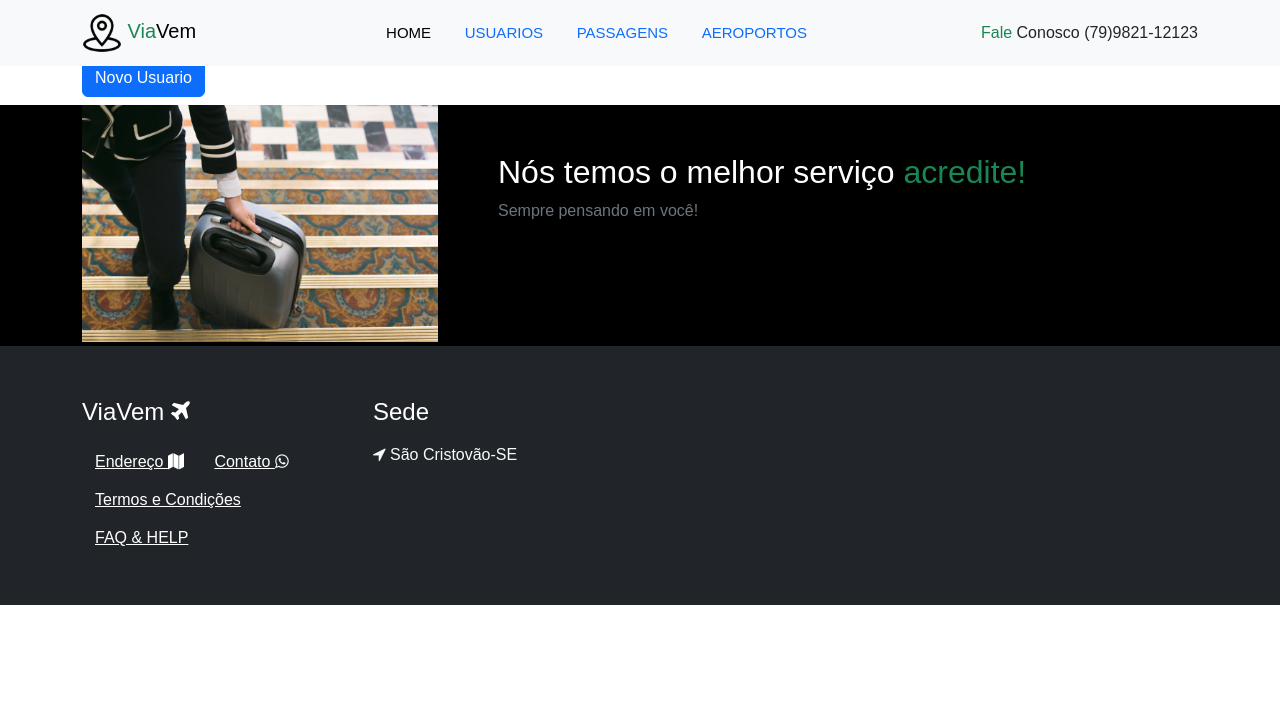
Repository: DavidSaintAnna/Desafio-modulo-4
Page: http://localhost/ViavemMvc/usuario
These files come from the project's save history. The page is drawn as it stood at one moment and after the next save; the edit follows.
The browser window is 1280 px wide. The pictures show the whole page.
Some web fonts or font styles are not loaded; a fallback is used. The page is served by Tomcat 9. Queries for data that is not in the repository find no rows.

Above is the page before, as saved 2023-11-07 22:31:10.
Not found: ViavemMvc/ViavemMvc/script.js

After the next save:
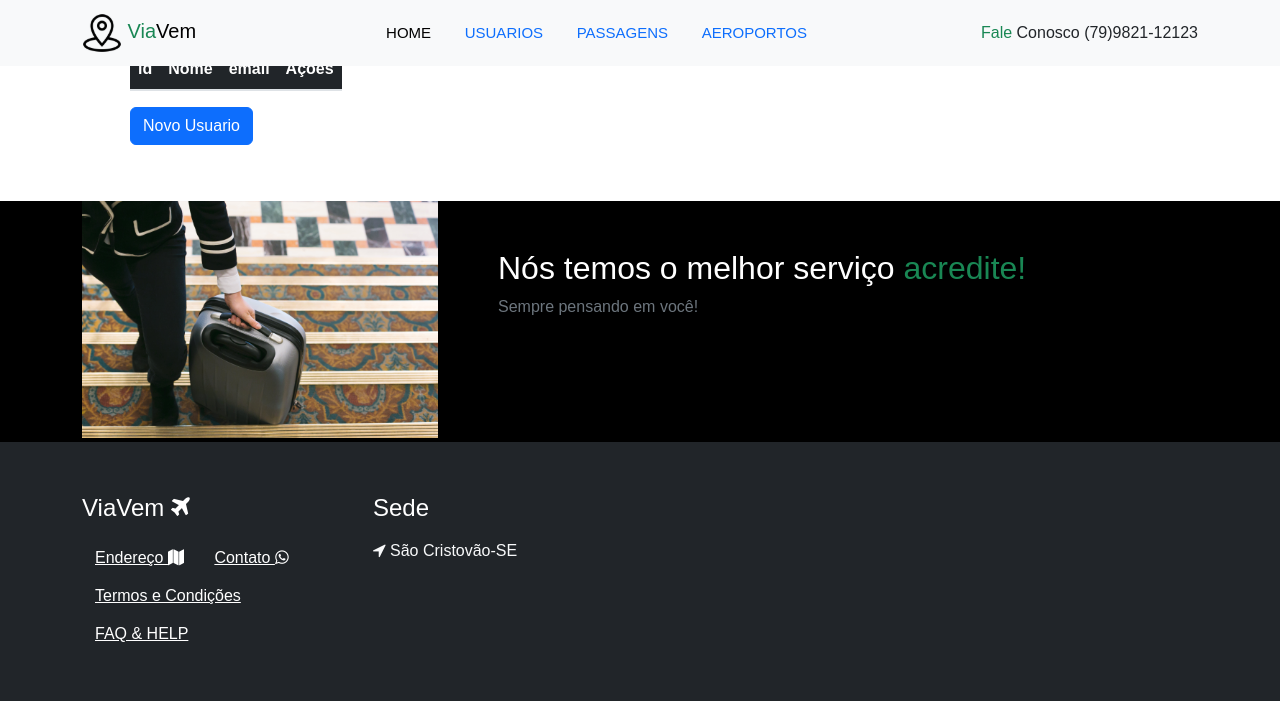
Saved 72 s later.
--- a/ViavemMvc/src/main/webapp/views/usuarios/index.jsp
+++ b/ViavemMvc/src/main/webapp/views/usuarios/index.jsp
@@ -82,7 +82,7 @@
 <main>
 		<section class="container">
 
-			<div class="p-20">
+			<div class="p-5">
 
 				<table class="table table-responsive table-hover">
 					<thead class="table-dark">
